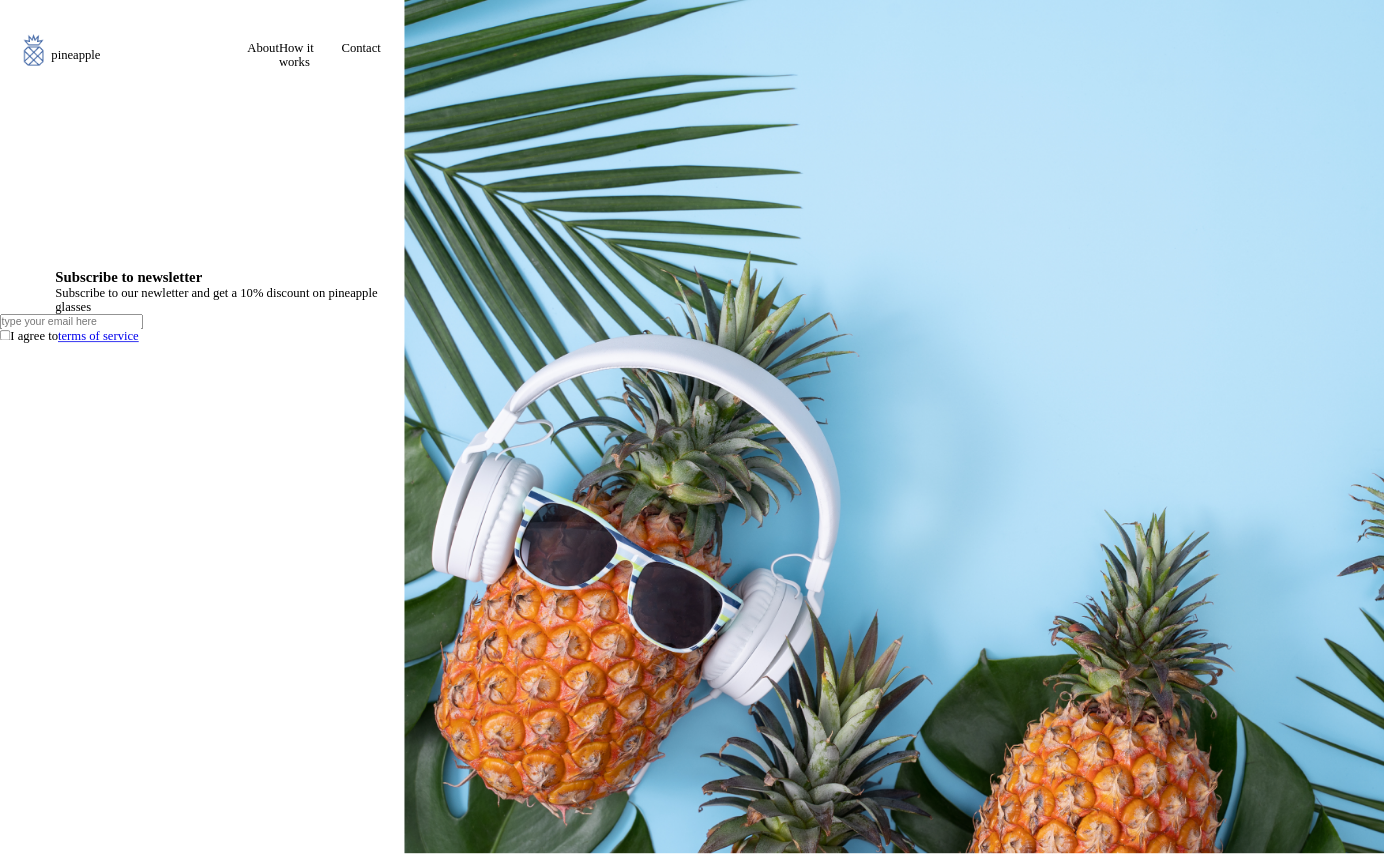
Repository: PaulsBebris/megabit-task
Page: /
These files come from the project's save history. The page is drawn as it stood at one moment and after the next save; the edit follows.
The browser window is 1280 px wide. The page is 1752 px wide, so the pictures cover 1752 px, including what lies to the right of the window. The pictures show the whole page, at 79% of full size.
The project was rebuilt for these pictures with package versions that can differ from the ones it lists, and the page was loaded fresh each time.

Above is the page before, as saved 2021-04-19 10:43:02.

After the next save:
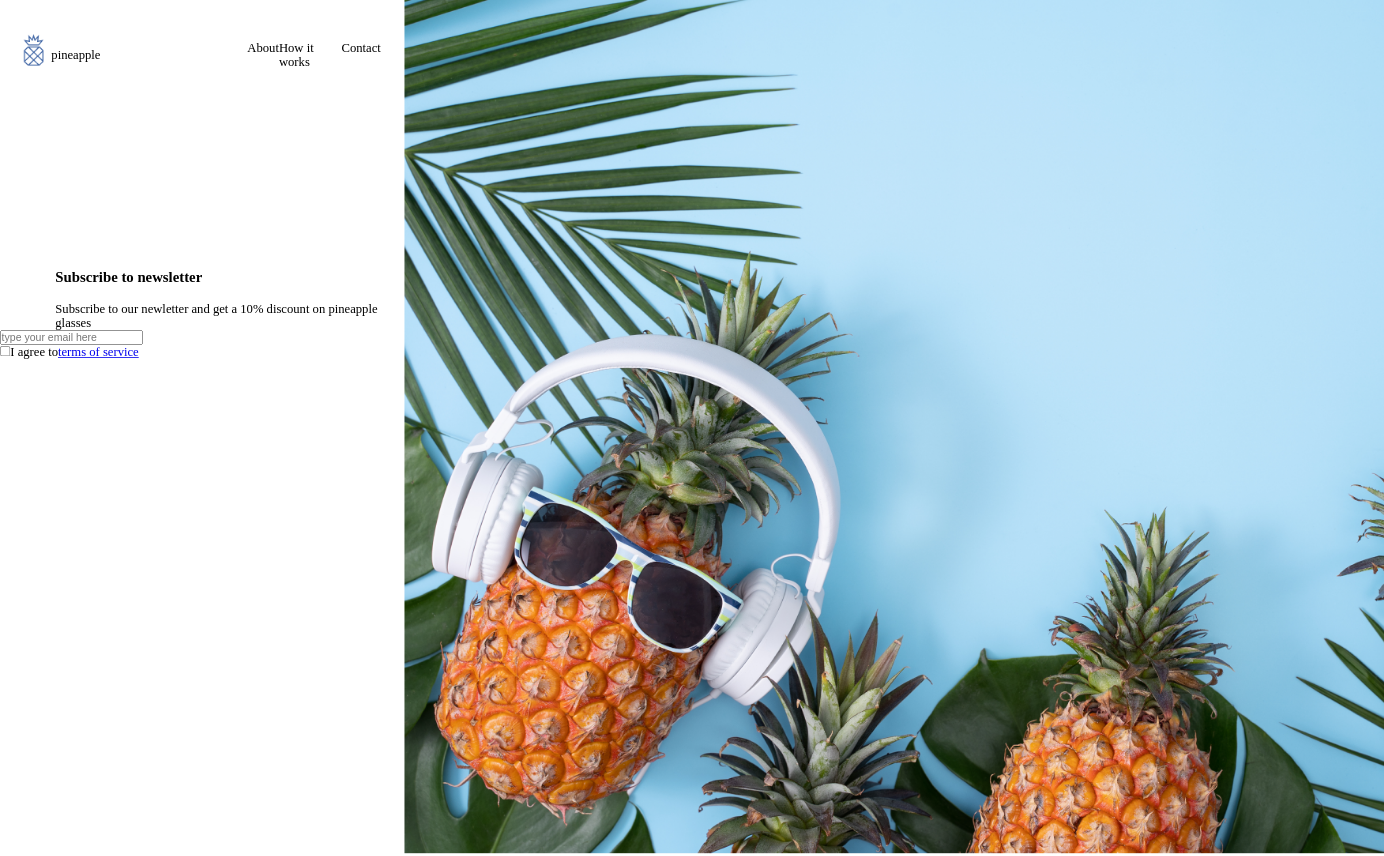
Saved 29 s later.
--- a/src/views/Home.vue
+++ b/src/views/Home.vue
@@ -97,7 +97,7 @@ export default {
 .content-wrapper {
   margin-left: 70px;
 }
-.content-wrapper h{
+.content-wrapper h1, h2, h3{
   margin-bottom: 20px;
 }
 
